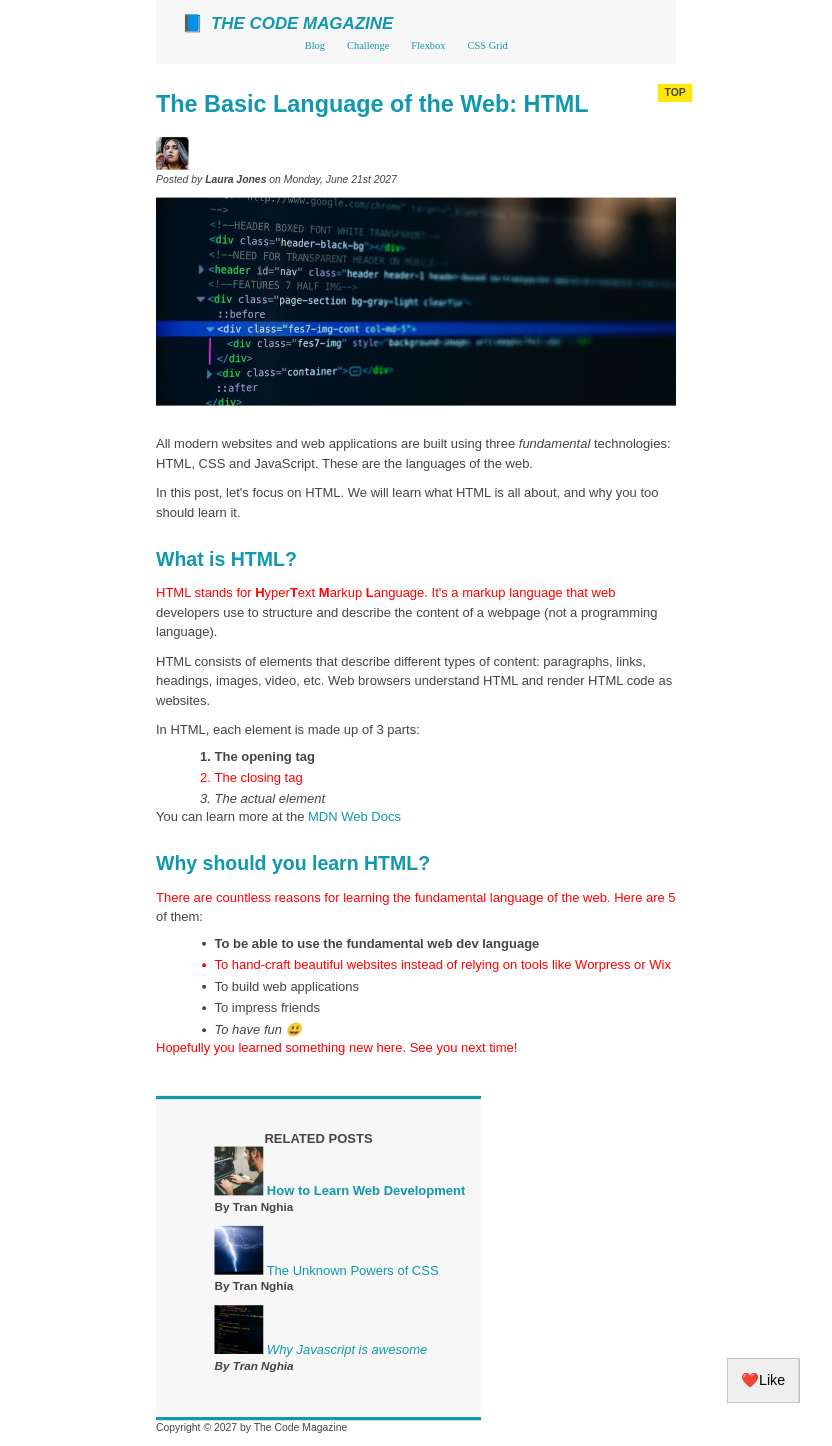
Repository: nghiakma/HTML-CSS-Fundamental
Page: HTML/index.html
These files come from the project's save history. The page is drawn as it stood at one moment and after the next save; the edit follows.
The browser window is 1280 px wide. The pictures show the whole page, at 65% of full size.

Above is the page before, as saved 2023-08-22 15:12:19.

### HTML/index.html
<!DOCTYPE html>
<html lang="en">

<head>
  <meta charset="UTF-8">
  <meta name="viewport" content="width=device-width, initial-scale=1.0">
  <title>The Basic Language of the web: HTML</title>
  <link rel="stylesheet" href="/CSS/index.css">
  <link rel="stylesheet" href="/CSS/layout.css">
</head>

<body>

  <div class="container">
    <header class="main-header">
      <h1>📘 The Code Magazine</h1>
      <nav>
        <a href="#">Blog</a>
        <a href="#">Challenge</a>
        <a href="#">Flexbox</a>
        <a href="#">CSS Grid</a>
      </nav>
    </header>

    <article>
      <header class="post-header">
        <h2>The Basic Language of the Web: HTML</h2>
        <img class="author-img" src="./laura-jones.jpg" alt="Headshot of Laura Jones" height="50" width="50">
        <p id="author" class="author">Posted by <strong>Laura Jones</strong> on Monday, June 21st 2027</p>
        <img class="post-img" src="./post-img.jpg" alt="HTML code on a screen" width="500" height="200">
      </header>
      <p>
        All modern websites and web applications are built using three <em>fundamental</em> technologies: HTML, CSS and
        JavaScript.
        These are the languages of the web.
      </p>
      <p>
        In this post, let's focus on HTML. We will learn what HTML is all about, and why you too should learn it.
      </p>
      <h3>What is HTML?</h3>
      <p>
        HTML stands for <strong>H</strong>yper<strong>T</strong>ext <strong>M</strong>arkup <strong>L</strong>anguage.
        It's
        a markup language that web developers use to structure and describe
        the content of a webpage (not a programming language).
      </p>
      <p>
        HTML consists of elements that describe different types of content: paragraphs, links, headings, images, video,
        etc.
        Web browsers understand HTML and render HTML code as websites.
      </p>
      <p>In HTML, each element is made up of 3 parts:</p>
      <ol>
        <li>The opening tag</li>
        <li>The closing tag</li>
        <li>The actual element</li>
      </ol>
      <p>You can learn more at the <a href="https://developer.mozilla.org/en-US/docs/Web/HTML" target="_blank">MDN Web
          Docs</a></p>
      <h3>Why should you learn HTML?</h3>
      <p>There are countless reasons for learning the fundamental language of the web. Here are 5 of them:</p>
      <ul>
        <li>To be able to use the fundamental web dev language</li>
        <li>To hand-craft beautiful websites instead of relying on tools like Worpress or Wix</li>
        <li>To build web applications</li>
        <li>To impress friends</li>
        <li>To have fun 😃</li>
      </ul>
      <p>Hopefully you learned something new here. See you next time!</p>
    </article>

    <!--Thuong duoc su dung de bo sung thong tin cho trang chinh
  Xác định nội dung nằm bên cạnh nội dung của trang-->
    <aside>
      <h4>Related posts</h4>

      <ul class="related">
        <li>
          <img src="./related-1.jpg" alt="Person programming" width="75" height="75">
          <a href="#">How to Learn Web Development</a>
          <p class="related-author">By Tran Nghia</p>
        </li>
        <li>
          <img src="./related-2.jpg" alt="Powers" width="75" height="75">
          <a href="#">The Unknown Powers of CSS</a>
          <p class="related-author">By Tran Nghia</p>
        </li>
        <li>
          <img src="./related-3.jpg" alt="Javascript" width="75" height="75">
          <a href="#">Why Javascript is awesome</a>
          <p class="related-author">By Tran Nghia</p>
        </li>
      </ul>
    </aside>

    <footer>
      <p id="copyright">Copyright &copy; 2027 by The Code Magazine</p>
    </footer>
  </div>

  <button>❤️Like</button>
</body>

</html>

### CSS/index.css
* {
  box-sizing: border-box;
  margin: 0;
}
body {
  position: relative;
}
h1,
h2,
h3,
h4,
p,
li {
  font-family: sans-serif;
  color: #444;
}
h1,
h2,
h3 {
  color: #1098ad;
}
h1 {
  font-size: 26px;
  text-transform: uppercase;
  font-style: italic;
}
h1::first-letter {
  font-style: normal;
  margin-right: 5px;
}
h2::after {
  content: "TOP";
  background-color: #ffe70c;
  color: #444;
  font-size: 16px;
  font-weight: bold;
  display: inline-block;
  padding: 5px 10px;
  position: absolute;
  top: -10px;
  right: -25px;
}
h2 {
  font-size: 36px;
  margin-bottom: 30px;

  position: relative;
}
h2::first-letter {
  /* font-size: 80px; */
}
h3 {
  font-size: 30px;
  margin-bottom: 20px;
  margin-top: 40px;
}
h4 {
  font-size: 20px;
  text-transform: uppercase;
  text-align: center;
}
p {
  font-size: 20px;
  line-height: 1.5;
  margin-bottom: 15px;
}
/*Lay thang lien ke h3*/
h3 + p::first-line {
  color: red;
}
ul,
ol {
  margin-left: 50px;
}
li {
  font-size: 20px;
  margin-bottom: 10px;
}
li:last-child {
  margin-bottom: 0;
}
/* footer p {
  font-size: 16px;
} */
/* article header p {
  font-style: italic;
} */

#author {
  font-style: italic;
  font-size: 16px;
}
#copyright {
  font-size: 16px;
}
.related-author {
  font-size: 18px;
  font-weight: bold;
}
.related {
  list-style: none;
}
/*Le trai va phai giong nhau: tinh toan tu dong boi trinh duyet*/
.container {
  width: 800px;
  /* margin-left: auto;
  margin-right: auto; */
  margin: 0 auto;
}
.main-header {
  background-color: #f7f7f7;
  /* padding: 20px;
  padding-left: 20px;
  padding-right: 40px; */
  padding: 20px 40px;
  margin-bottom: 40px;
}
article {
  margin-bottom: 60px;
}
.post-header {
  margin-bottom: 40px;
}
/*dung height: auto ; dua ti le khung hinh ve nhu ban dau*/
.post-img {
  width: 100%;
  height: auto;
}
aside {
  background-color: #f7f7f7;
  border-top: 5px solid #1098ad;
  border-bottom: 5px solid #1098ad;
  padding: 50px 0;
  width: 500px;
}
li:first-child {
  font-weight: bold;
}
li:last-child {
  font-style: italic;
}
li:nth-child(2) {
  color: red;
}
article p:last-child {
  color: red;
}
a:link {
  color: #1098ad;
  text-decoration: none;
}
a:visited {
  color: #1098ad;
}
a:hover {
  color: orangered;
  font-weight: bold;
  text-decoration: underline orangered;
}
a:active {
  background-color: black;
  font-style: italic;
}
nav {
  font-size: 16px;
  text-align: center;
}
nav a:link {
  /* background-color: orangered;
  margin: 20px;
  padding: 20px;
  display: block; */
  margin-right: 30px;
  margin-top: 10px;
  display: inline-block;
}
button {
  font-size: 22px;
  padding: 20px;
  cursor: pointer;
  position: absolute;
  /* top: 0;
  left: 0; */
  /* bottom: 0;
  left: 0; */
  /* top: 50px;
  left: 50px; */
  bottom: 50px;
  right: 50px;
}

### CSS/layout.css
.author-img{

}

After the next save:
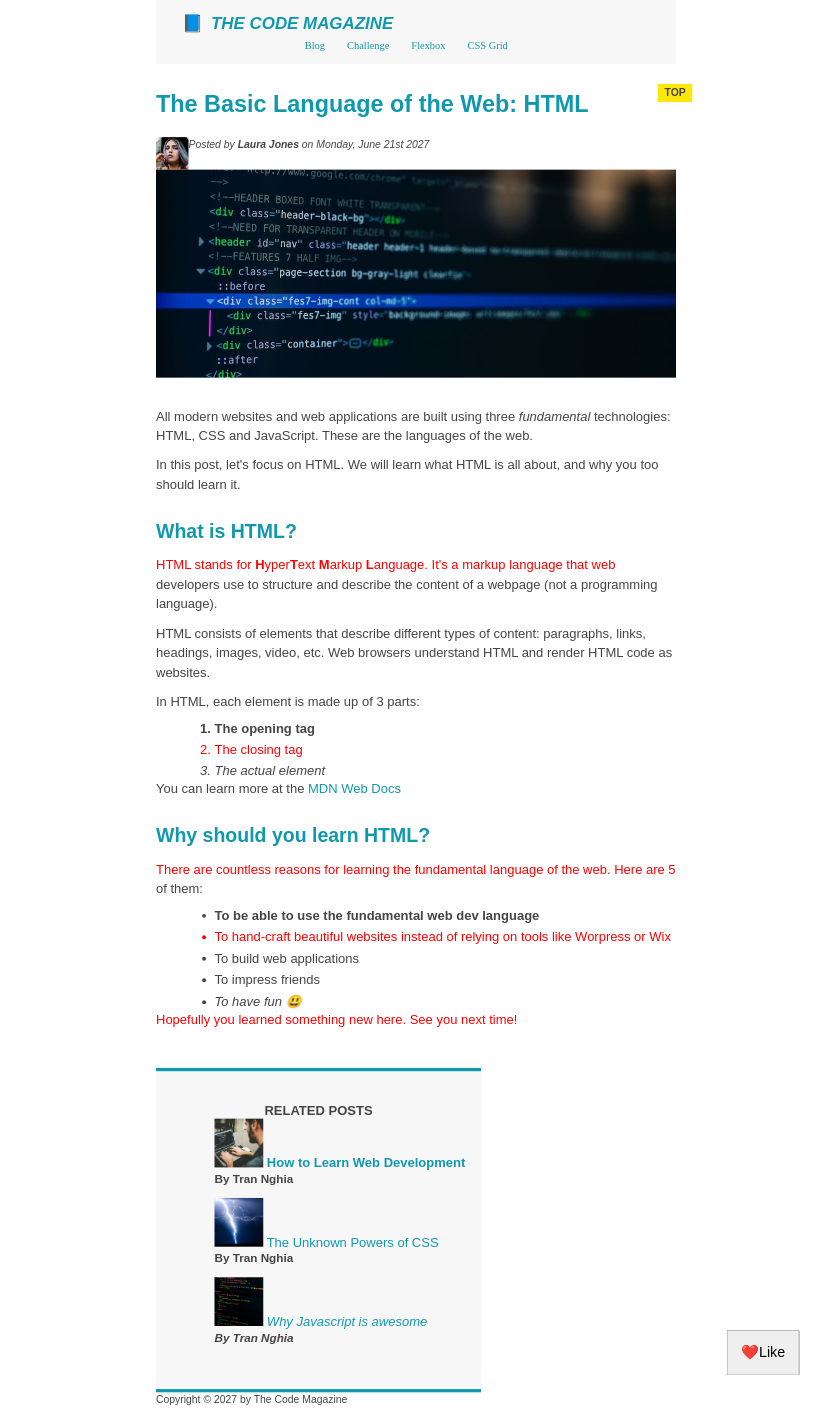
Saved 63 s later.
--- a/CSS/layout.css
+++ b/CSS/layout.css
@@ -1,3 +1,3 @@
-.author-img{
-
+.author-img {
+  float: left;
 }
